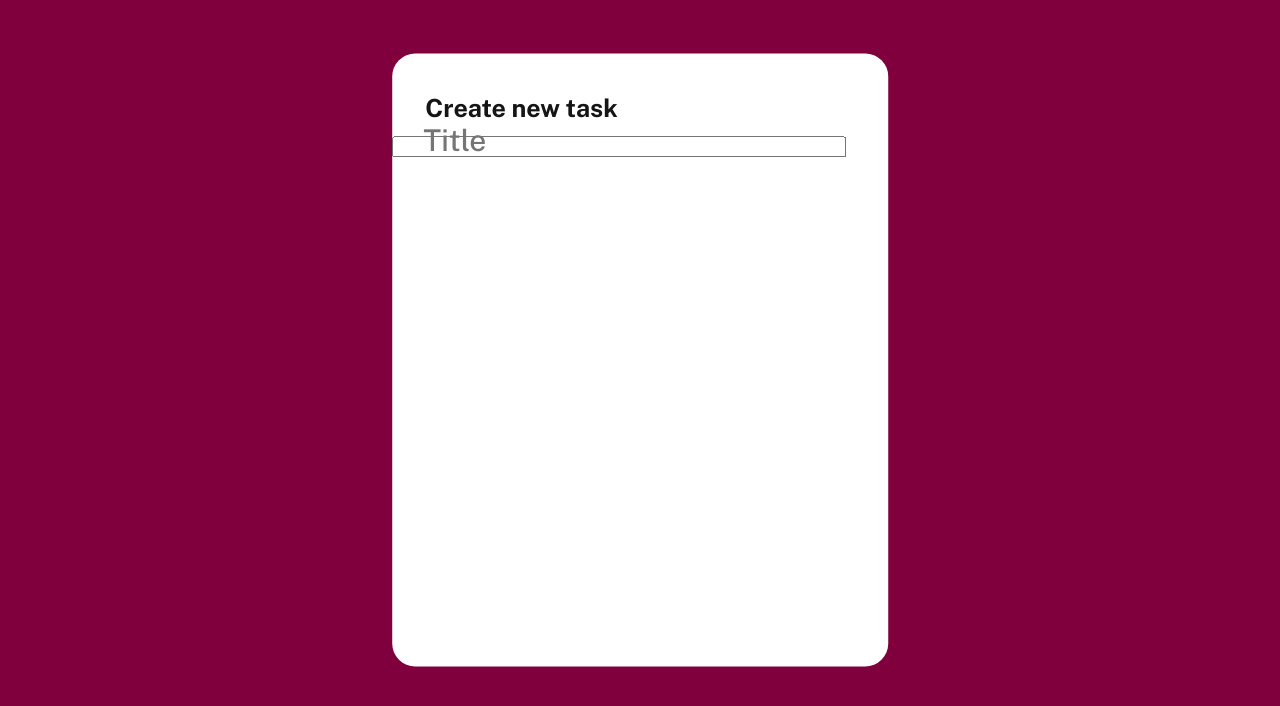
Repository: MorgunovaAlexandra/verstka-form
Page: index.html
An editor plug-in stored every save of this project. The page is shown before and after a run of saves, followed by the edit.
The browser window is 1280 px wide. The pictures show the whole page.
The style sheet was rebuilt from its Sass, Less or Tailwind sources for each picture, by a compiler version that may differ from the author's.

Above is the page before, as saved 2022-06-24 12:32:57.

### index.html
<!DOCTYPE html>
<html lang="ru">
<head>
    <meta charset="UTF-8">
    <meta http-equiv="X-UA-Compatible" content="IE=edge">
    <meta name="viewport" content="width=device-width, initial-scale=1.0">
    <link rel="stylesheet" href="./css/style.css">
    <title>Document</title>
</head>
<body>
    <div class="wrapper">
       <form class="form">
           <div class="fieldset">
            <legend><b>Create new task</b></legend>
            <div class="text-field">
                <input class="text-field__input" type="text" name="firstname" id="firstname"
                >
                <label class="text-field__label" for="username">Title</label>
              </div>
           </div>
        </form>
    </div>
</body>
</html>

### scss/style.scss
@import "variables";
@import "mixins";
@import url('https://fonts.googleapis.com/css2?family=Public+Sans:wght@500;700&display=swap');
body {
   @include vov(rgb(128, 0, 62));
   font-family:$fontFamily ;
   font-weight: $fontWaight;
   line-height: $lineHeight;
   color:$ColorGrey;
}
.form{
    width: 495.55px;
    height: 613.21px;
    background-color: white;
    border-radius: 23px;
     box-sizing: border-box;
    position: fixed; top: 50%; left: 50%;
    -webkit-transform: translate(-50%, -50%);
    -ms-transform: translate(-50%, -50%);
    transform: translate(-50%, -50%);
}
legend{
    margin-top: 40px;
    margin-left: 31px;
    font-weight: 700;
    font-size: 25px;
    color:$ColorBlack;
}
.text-field{
    position: relative;
    margin: 0 auto;

}
.text-field__input{
    width: 90%;


    }
.text-field__label{
   position: absolute;
   left: 31px;
}

### scss/variables.scss
$bgColor: green;
$fontFamily:'Public Sans', sans-serif;
$fontWaight:500;
$lineHeight:31.86px;
$ColorBlack:#151515;
$ColorGrey:#757575;

### scss/mixins.scss
@mixin vov($color) {
    font-size: 30px;
    background-color:$color ;
}

After the next 3 saves:
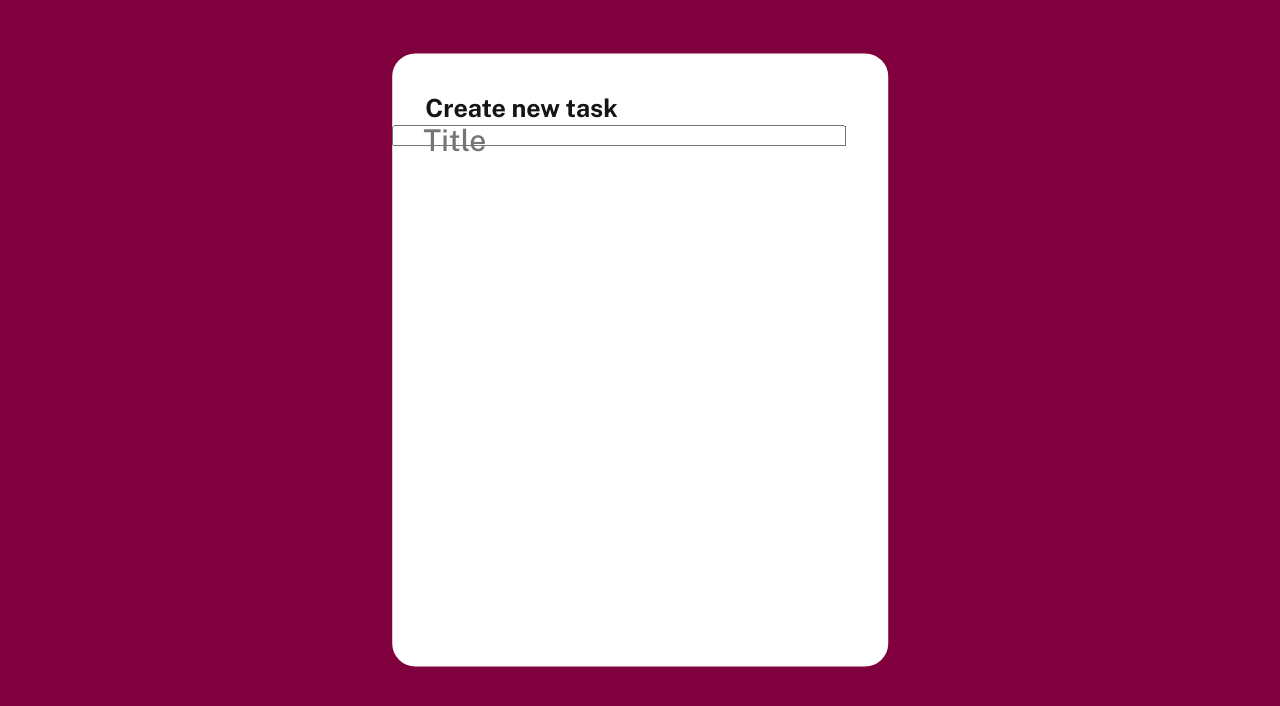
The 3 saves are shown as one change because they came seconds apart.
The last was saved 13 s later.
--- a/scss/style.scss
+++ b/scss/style.scss
@@ -28,7 +28,8 @@ legend{
 }
 .text-field{
     position: relative;
-    margin: 0 auto;
+    display: flex;
+
 
 }
 .text-field__input{
